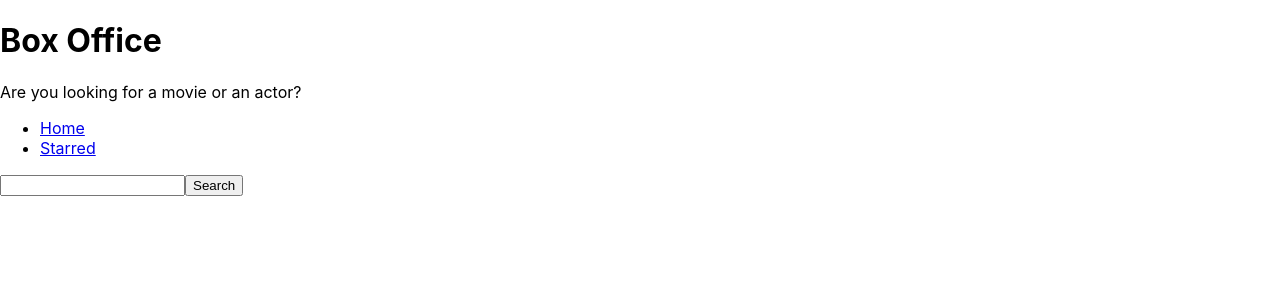
Repository: Hrishabhsinghai/box-office
Page: /
An editor plug-in stored every save of this project. The page is shown before and after the next save, followed by the edit.
The browser window is 1280 px wide. The pictures show the whole page.
The project was rebuilt for these pictures with package versions that can differ from the ones it lists, and the page was loaded fresh each time. Also part of the build but not shown: src/pages/Starred.js.

Above is the page before, as saved 2022-06-30 10:51:55.

### src/App.js
import React from 'react';
import { Switch, Route } from 'react-router-dom';

import Home from './pages/Home';
import Starred from './pages/Starred';

function App() {
  return (
    <Switch>
      <Route exact path="/">
        <Home />
      </Route>

      <Route exact path="/starred">
        <Starred />
      </Route>
      <Route>
        <div>Not found</div>
      </Route>
    </Switch>
  );
}

export default App;

### src/pages/Home.js
import React, { useState } from 'react';
import MainPageLayout from '../components/MainPageLayout';
import { apiGet } from '../misc/config';

const Home = () => {
  const [input, setInput] = useState('');
  const [results, setResults] = useState(null);

  const onSearch = () => {
    apiGet(`/search/shows?q=${input}`).then(result => {
      setResults(result);
    });
  };

  const onInputChange = ev => {
    setInput(ev.target.value);
  };

  const onKeyDown = ev => {
    if (ev.keyCode === 13) {
      onSearch();
    }
  };

  const renderResults = () => {
    if (results && results.length === 0) {
      return <div>No results</div>;
    }

    if (results && results.length > 0) {
      return (
        <div>
          {results.map(item => (
            <div key={item.show.id}>{item.show.name}</div>
          ))}
        </div>
      );
    }

    return null;
  };

  return (
    <MainPageLayout>
      <input
        type="text"
        onChange={onInputChange}
        onKeyDown={onKeyDown}
        value={input}
      />
      <button type="button" onClick={onSearch}>
        Search
      </button>
      {renderResults()}
    </MainPageLayout>
  );
};

export default Home;

### src/misc/config.js
const API_BASE_URL = `https://api.tvmaze.com`;

export async function apiGet(queryString) {
  const response = await fetch(`${API_BASE_URL}${queryString}`).then(r =>
    r.json()
  );

  return response;
}

Loaded but not shown: public/index.html (common file); src/index.js (common file); src/index.css (common file); src/reportWebVitals.js (common file); src/components/MainPageLayout.js (common file); src/components/Navs.js (common file); src/components/Title.js (common file)

After the next save:
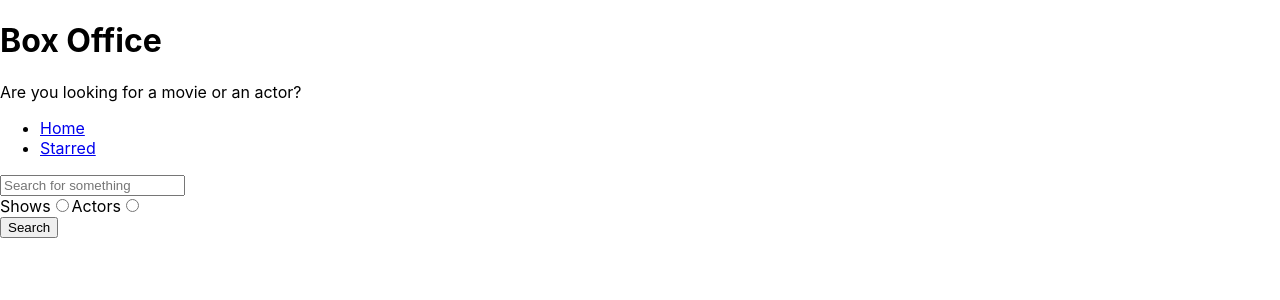
Saved 5 min 45 s later.
--- a/src/pages/Home.js
+++ b/src/pages/Home.js
@@ -44,10 +44,24 @@ const Home = () => {
     <MainPageLayout>
       <input
         type="text"
+        placeholder="Search for something"
         onChange={onInputChange}
         onKeyDown={onKeyDown}
         value={input}
       />
+      {/* adding radio buttons */}
+      <div>
+        <label htmlFor="shows-search">
+          Shows
+          <input id="shows" type="radio" />
+        </label>
+
+        <label htmlFor="actors-search">
+          Actors
+          <input id="actors-search" type="radio" />
+        </label>
+      </div>
+
       <button type="button" onClick={onSearch}>
         Search
       </button>
